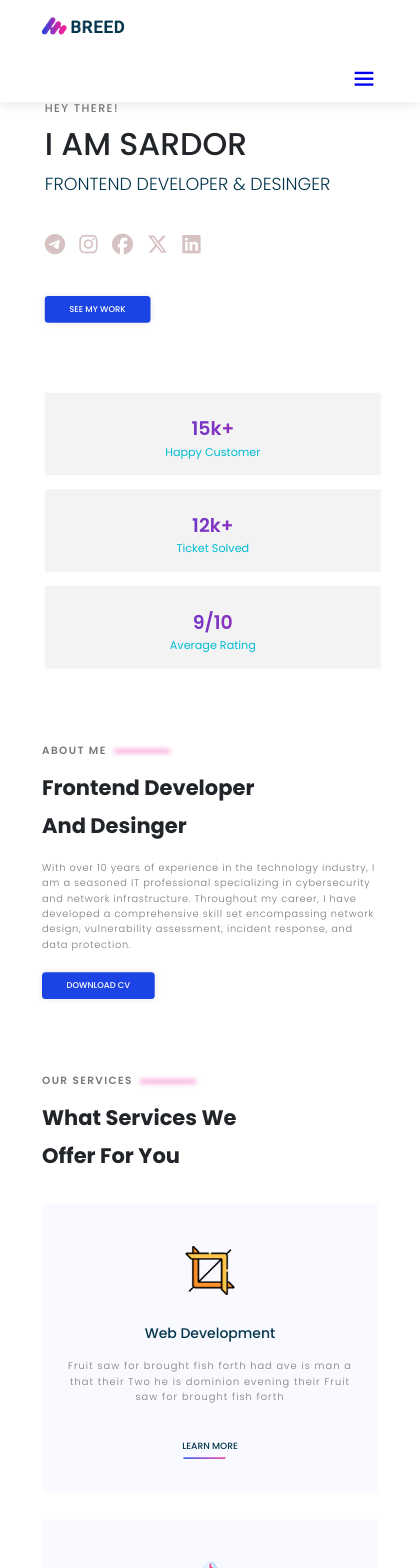
Repository: whoami2991/Sardorbek-Portfolio---Home
Page: index.html
An editor plug-in stored every save of this project. The page is shown before and after the next save, followed by the edit.
The browser window is 600 px wide. The pictures show the part of the page from y = 0 to 2240 px (the page is 9666 px tall), at 70% of full size.

Above is the page before, as saved 2024-08-04 22:49:25.

### index.html
<!DOCTYPE html>
<html lang="en">
<head>
    <meta charset="UTF-8">
    <meta name="viewport" content="width=device-width, initial-scale=1.0">
    <title>Sardorbek Portfolio - Home</title>
    <link rel="stylesheet" href="styles.css">
    <link rel="stylesheet" href="shared.css">
    <link rel="stylesheet" href="https://cdnjs.cloudflare.com/ajax/libs/font-awesome/6.5.1/css/all.min.css" integrity="sha512-DTOQO9RWCH3ppGqcWaEA1BIZOC6xxalwEsw9c2QQeAIftl+Vegovlnee1c9QX4TctnWMn13TZye+giMm8e2LwA==" crossorigin="anonymous" referrerpolicy="no-referrer" />
    <link rel="icon" href="icons8-briefcase-94.png" type="image/png">
    <link href='https://unpkg.com/boxicons@2.1.4/css/boxicons.min.css' rel='stylesheet'>
</head>
<body>
    <!--Header section-->
    <header class="main-header">
        <div class="wrapper">
            <div class="brand">
                <a href="index.html">
                    <img src="logo.png" alt="logo">
                </a>
            </div>
            <nav class="main-navigation">
                <ul class="main-navigation__items">
                    <li class="main-navigation__item">
                        <a href="/index.html">Home</a>
                    </li>
                    <li class="main-navigation__item">
                        <a href="#">About</a>
                    </li>
                    <li class="main-navigation__item">
                        <a href="#">Portfolio</a>
                    </li>
                    <li class="main-navigation__item">
                        <a href="#">Pages</a>
                    </li>
                    <li class="main-navigation__item">
                        <a href="#">Blog</a>
                    </li>
                    <li class="main-navigation__item">
                        <a href="/contact.html">Contact</a>
                    </li>
                </ul>
            </nav>
            <div class="menu">
                <a href="#"><i class='bx bx-menu'></i></a>
            </div>
        </div>
    </header>
    <!--Main section-->
    <div class="main-banner">
        <div class="wrapper">
        <section id="main-section" class="main-section">
            <div class="main-section_info">
                <h4 class="main-section_welcome to-uppercase">Hey there!</h4>
                <h1 class="main-section_intro to-uppercase">I am Sardor</h1>
                <h3 class="main-section_position to-uppercase">Frontend developer & Desinger</h3>
                <div class="main-section_social-networks">
                    <a href="https://t.me/ism018"><i class="fa-brands fa-telegram"></i></a>
                    <a href="https://www.instagram.com/imsard0r/" class="social-instagram_color"><i class="fa-brands fa-instagram"></i></a>
                    <a href="https://www.facebook.com/sardorbek.ismoilov.545/"><i class="fa-brands fa-facebook"></i></a>
                    <a href="https://twitter.com/Snuff_018" class="social-twitter_color"><i class="fa-brands fa-x-twitter"></i></a>
                    <a href="https://www.linkedin.com/in/sardor-ismoilov/"><i class="fa-brands fa-linkedin"></i></a>
                </div>
                <button type="button" class="main-section_action to-uppercase button">see my work</button>
                <div class="statistics">
                    <div class="statistic-items">
                        <div class="statistics-item">
                            <h3 class="statistics-number">
                                15k+
                            </h3>
                            <p class="statistics-title">
                                Happy Customer
                            </p>
                        </div>
                        <div class="statistics-item">
                            <h3 class="statistics-number">
                                12k+
                            </h3>
                            <p class="statistics-title">
                                Ticket Solved
                            </p>
                        </div>
                        <div class="statistics-item">
                            <h3 class="statistics-number">
                                9/10
                            </h3>
                            <p class="statistics-title">
                                Average Rating
                            </p>
                        </div>
                    </div>
                </div>
            </div>
            <div class="main-section_image">
                <img src="home-right.png" alt="home-pic">
            </div>
        </section>
        <div class="clearfix"></div>
    </div>
    </div>
    <!--About me section-->
    <div class="wrapper">
        <section id="about-me" class="about-me">
            <div class="about-me_image">
                <img src="about-us.png" alt="about-me_pic">
            </div>
            <div class="about-me_info">
                <h5 class="section-subtitle">About me <span class="blur-line"></span></h5>
                <h3 class="section-title">Frontend Developer <br>and Desinger</h3>
                <p class="about-me__description">
                    With over 10 years of experience in the technology industry, I am a seasoned IT professional specializing in cybersecurity and network infrastructure. Throughout my career, I have developed a comprehensive skill set encompassing network design, vulnerability assessment, incident response, and data protection.
                </p>
                <button type="button" class="about-me_action button to-uppercase button">Download cv</button>
            </div>
        </section>
        <div class="clearfix"></div>
    </div>
    <!--Services section-->
    <div class="wrapper">
        <section id="services" class="services">
            <h5 class="section-subtitle">Our services <span class="blur-line"></span></h5>
            <h2 class="section-title">What Services We <br> Offer For You</h2>
            <div class="services-cards">
                <div class="service-card service-card1">
                    <img src="s1.png" class="service-card_icon" alt="icon">
                    <h5 class="service-card_title">Web Development</h5>
                    <p class="service-card_description">
                        Fruit saw for brought fish forth had ave is man a that their Two he is dominion evening their Fruit saw for brought fish forth
                    </p>
                    <a href="#" class="service-card_link">Learn more</a>
                    <span class="learn-tag"></span>
                </div>
                <div class="service-card service-card2">
                    <img src="s2.png" class="service-card_icon" alt="icon">
                    <h5 class="service-card_title">UX/UI Design</h5>
                    <p class="service-card_description">
                        Fruit saw for brought fish forth had ave is man a that their Two he is dominion evening their Fruit saw for brought fish forth
                    </p>
                    <a href="#" class="service-card_link">Learn more</a>
                    <span class="learn-tag"></span>
                </div>
                <div class="service-card service-card3">
                    <img src="s3.png" class="service-card_icon" alt="icon">
                    <h5 class="service-card_title">WP Developing</h5>
                    <p class="service-card_description">
                        Fruit saw for brought fish forth had ave is man a that their Two he is dominion evening their Fruit saw for brought fish forth
                    </p>
                    <a href="#" class="service-card_link">Learn more</a>
                    <span class="learn-tag"></span>
                </div>
            </div>
        </section>
        <div class="clearfix"></div>
    </div>
    <!--Clients section-->
    <div class="wrapper">
        <section id="clients" class="clients">
            <h5 class="section-subtitle">our testimonial <span class="blur-line"></span></h5>
            <h2 class="section-title">Honourable Client Says <br class="clients_br">About Me</h2>
            <div class="client-items">
                <div class="client-item">
                    <div class="client-item_image">
                        <img src="testimonial1.png" class="client-img" alt="client image">
                        <img src="testimonial-bg.png" class="client-item_banner" alt="img">
                    </div>
                    <div class="client-item_info">
                        <h3 class="client-item_name">Donald Blake</h3>
                        <p class="client-item_position">Backend Developer, Apple</p>
                        <p class="client-item_review">
                            I've had the pleasure of working with Sardorbek on several projects, and I can confidently say that his expertise and dedication are unmatched. His problem-solving skills and attention to detail have consistently resulted in outstanding outcomes. Sardorbek's professionalism and commitment make him an invaluable asset to any team.</p>
                        <div class="client-item_rate">
                            <i class="fa-solid fa-star"></i>
                            <i class="fa-solid fa-star"></i>
                            <i class="fa-solid fa-star"></i>
                            <i class="fa-solid fa-star"></i>
                            <i class="fa-solid fa-star disabled"></i>
                    </div>
                </div>
            </div>
        </section>
        <div class="clearfix"></div>
    </div>
    <!--Portfolio section-->
    <div class="wrapper">
        <section id="portfolio" class="portfolio">
            <h5 class="section-subtitle">Our portfoilo <span class="blur-line"></span></h5>
            <h2 class="section-title">Check our recent <br> client work</h2>
            <ul class="portfolio-filters">
                <li class="active">All</li>
                <li>Popular</li>
                <li>Lastest</li>
                <li>Upcoming</li>
            </ul>
            <div class="portfolio-items">
                <div class="portfolio-item">
                    <img src="p1.jpg" alt="Portfoilo image 1" class="portfolio-item_image">
                    <div class="portfolio-item_overlay"></div>
                    <div class="portfolio-item_info">
                        <h4>
                            <a href="#">Lens Mockup Design</a>
                        </h4>
                        <p>Art, Illustration</p>
                    </div>
                </div>
                <div class="portfolio-item portfolio-item-2">
                    <img src="p5.jpg" alt="Portfoilo image 2" class="portfolio-item_image">
                    <div class="portfolio-item_overlay overlay2"></div>
                    <div class="portfolio-item_info">
                        <h4>
                            <a href="#">Lens Mockup Design</a>
                        </h4>
                        <p>Art, Illustration</p>
                    </div>
                </div>
                <div class="portfolio-item portfolio-item-3">
                    <img src="p4.jpg" alt="Portfoilo image 3" class="portfolio-item_image">
                    <div class="portfolio-item_overlay overlay3"></div>
                    <div class="portfolio-item_info">
                        <h4>
                            <a href="#">Lens Mockup Design</a>
                        </h4>
                        <p>Art, Illustration</p>
                    </div>
                </div>
                <div class="portfolio-item portfolio-item-4">
                    <img src="p2.jpg" alt="Portfoilo image 4" class="portfolio-item_image portfolio-item_image4">
                    <div class="portfolio-item_overlay overlay4"></div>
                    <div class="portfolio-item_info">
                        <h4>
                            <a href="#">Lens Mockup Design</a>
                        </h4>
                        <p>Art, Illustration</p>
                    </div>
                </div>
                <div class="portfolio-item portfolio-item-5">
                    <img src="p3.jpg" alt="Portfoilo image 5" class="portfolio-item_image portfolio-item_image5">
                    <div class="portfolio-item_overlay overlay5"></div>
                    <div class="portfolio-item_info">
                        <h4>
                            <a href="#">Lens Mockup Design</a>
                        </h4>
                        <p>Art, Illustration</p>
                    </div>
                </div>
                <div class="portfolio-item portfolio-item-6">
                    <img src="p6.jpg" alt="Portfoilo image 6" class="portfolio-item_image">
                    <div class="portfolio-item_overlay overlay6"></div>
                    <div class="portfolio-item_info">
                        <h4>
                            <a href="#">Lens Mockup Design</a>
                        </h4>
                        <p>Art, Illustration</p>
                    </div>
                </div>
            </div>
        </section>
        <div class="clearfix"></div>
    </div>
    <!--Blog section-->
    <div class="wrapper">
        <section id="blog" class="blog">
            <div class="section-subtitle">Our blog <span class="blur-line"></span></div>
            <div class="section-title">Latest Story From <br>Our Blog</div>
            <div class="blog-items">
                <div class="blog-item">
                    <div class="blog-item_image">
                        <img src="b1.jpg" alt="blog-image">
                    </div>
                    <div class="blog-item_info">
                        <div class="blog-item_main-info">
                            <span class="blog-item_author">
                                <i class='bx bx-user'></i>
                                Admin post
                            </span>
                            <span class="blog-item_date">
                                <i class='bx bx-calendar'></i>
                                Jan 24, 2024
                            </span>
                            <h5 class="blog-item_title">
                                Shall every fourth lesser have...
                            </h5>
                            <p class="blog-item_description">
                                Have whose a two night earth she set you creeping replenish place whales move Forth first him seed green.
                            </p>
                            <a href="#" class="blog-item_link">Learn more</a>
                            <span class="blog-item_link-line"></span>
                        </div>
                    </div>
                </div>
                <div class="blog-item">
                    <div class="blog-item_image">
                        <img src="b2.jpg" alt="blog-image">
                    </div>
                    <div class="blog-item_info">
                        <div class="blog-item_main-info">
                            <span class="blog-item_author">
                                <i class='bx bx-user'></i>
                                Admin post
                            </span>
                            <span class="blog-item_date">
                                <i class='bx bx-calendar'></i>
                                Jan 24, 2024
                            </span>
                            <h5 class="blog-item_title">
                                Shall every fourth lesser have...
                            </h5>
                            <p class="blog-item_description">
                                Have whose a two night earth she set you creeping replenish place whales move Forth first him seed green.
                            </p>
                            <a href="#" class="blog-item_link">Learn more</a>
                            <span class="blog-item_link-line"></span>
                        </div>
                    </div>
                </div>
                <div class="blog-item blog-item_margin">
                    <div class="blog-item_image">
                        <img src="b3.jpg" alt="blog-image">
                    </div>
                    <div class="blog-item_info">
                        <div class="blog-item_main-info">
                            <span class="blog-item_author">
                                <i class='bx bx-user'></i>
                                Admin post
                            </span>
                            <span class="blog-item_date">
                                <i class='bx bx-calendar'></i>
                                Jan 24, 2024
                            </span>
                            <h5 class="blog-item_title">
                                Shall every fourth lesser have...
                            </h5>
                            <p class="blog-item_description">
                                Have whose a two night earth she set you creeping replenish place whales move Forth first him seed green.
                            </p>
                            <a href="#" class="blog-item_link">Learn more</a>
                            <span class="blog-item_link-line"></span>
                        </div>
                    </div>
                </div>
            </div>
    </div>
    <!--Partners section-->
    <div class="wrapper">
        <section id="partners" class="partners">
            <div class="partner">
                <img src="/logo5.png.webp" alt="logo">
            </div>
            <div class="partner partner_none">
                <img src="logo1.png.webp" alt="logo">
            </div>
            <div class="partner">
                <img src="/logo2.png.webp" alt="logo">
            </div>
            <div class="partner">
                <img src="/logo3.png.webp" alt="logo">
            </div>
            <div class="partner">
                <img src="/logo4.png.webp" alt="logo">
            </div>

        </section>
    </div>
    <!--Footer section-->
    <footer class="footer-area">
        <div class="wrapper">
            <section class="footer">
                <div class="footer-logo">
                    <a href="#">
                        <img src="logo2.png" alt="footer logo">
                    </a>
                    <div class="footer-nav">
                        <nav class="footer-main_nav">
                            <ul class="footer-main_nav-items">
                                <li class="nav-item">
                                    <a href="#">Home</a>
                                </li>
                                <li class="nav-item">
                                    <a href="#">about</a>
                                </li>
                                <li class="nav-item">
                                    <a href="#">portfolio</a>
                                </li>
                                <li class="nav-item">
                                    <a href="#">pages</a>
                                </li>
                                <li class="nav-item">
                                    <a href="#">blog</a>
                                </li>
                            </ul>
                        </nav>
                    </div>

                </div>
                <div class="footer-social">
                    <a href="https://t.me/ism018"><i class="fa-brands fa-telegram"></i></a>
                    <a href="https://www.instagram.com/imsard0r/" class="social-instagram_color"><i class="fa-brands fa-instagram"></i></a>
                    <a href="https://www.facebook.com/sardorbek.ismoilov.545/"><i class="fa-brands fa-facebook"></i></a>
                    <a href="https://www.linkedin.com/in/sardor-ismoilov/"><i class="fa-brands fa-linkedin"></i></a>
                </div>
                    <div class="footer-bottom">
                        <p class="col-lg-8 col-sm-12 footer-text"><script>document.write(new Date().getFullYear());</script> All rights reserved | This template is made with <i class="fa fa-heart" aria-hidden="true"></i>
                            Copyright © by <a href="https://t.me/ism018" target="_blank">Sardor</a>
                        </p>
                    </div>
            </section>
        </div>
    </footer>
</body>
</html>

### shared.css
@import url("https://fonts.googleapis.com/css2?family=Poppins:wght@300;400;500;600;700;800;900&display=swap");
/*===============Core styles===============*/
* {
    font-family: "Poppins", sans-serif;
    box-sizing: border-box;
}
body{
    padding: 0;
    margin: 0;
}
.wrapper{
    width: 1110px;
    margin: 0 auto;
}
.section-subtitle{
    letter-spacing: 2px;
    font-weight: 500;
    color: #797979;
    text-transform: uppercase;
    margin: 5px 0 0;
    font-size: 15px;
    font-weight: 600;
}
.section-title{
    font-size: 42px;
    font-weight: 700;
    text-transform: capitalize;
    color: #212529;
    margin: 15px 0 0 0;
    line-height: 55px;
}

.blur-line{
    display: inline-block;
    vertical-align: middle;
    margin-left: 5px;
    width: 80px;
    height: 4px;
    background: rgba(237,35,159,0.6);
    filter: blur(4px);
}
.button{
    border: none;
    background-color: #1c44e4;
    color: #fff;
    font-weight: 500;
    font-size: 15px;
    padding: 15px 40px;
    cursor: pointer;
    border-radius: 5px;
    box-shadow: 0 0 10px rgba(0, 0, 0, 0.1);
    -webkit-transition-duration: 0.3;
    transition-duration: 0.3;
    -webkit-transition-property: box-shadow, transform;
    transition-property: box-shadow, transform;
}
.button:hover, .button:focus, button:active{
    box-shadow: 0 0 20px rgba(0, 0, 0, 0.5);
    -webkit-transform: scale(1.1);
    transform: scale(1.1);
}
.to-uppercase{
    text-transform: uppercase;
}
.clearfix{
    clear: both;
}
/*===============Header styles==============*/
.main-header{
    position: fixed;
    z-index: 10;
    background-color: #fff;
    width: 100%;
    top: 0;
    left: 0;
    box-shadow: 0px 3px 16px 0px rgb(0 0 0 / 10%);
}
.brand {
    display: inline-block;
    margin-top: 25px;
    border-style: none;
    margin-right: 60px;
}
.menu{
    display: none;
}
.main-navigation{
    display: inline-block;
    vertical-align: top;
    padding-top: 5px;
}
.main-navigation__item{
    display: inline-block;
    padding: 5px 15px;
}
.main-navigation__item a{
    color: #05364D;
    text-decoration: none;
    font-weight: 500;
    text-transform: uppercase;
    transition: 0.5s;
}
.main-navigation__item a:hover{
    color: #1c44e4;
}
/*==============Footer section styles=================*/
.footer-area{
    margin-top: 150px;
    padding-top: 130px;
    background-color: #000;
}
.footer-logo{
    text-align: center;
    display: block;
    margin-left: -10px;
}
.footer-nav{
    padding-top: 15px;
}
.footer-main_nav{
    text-decoration: none;
    margin-left: -40px;
}
.footer-main_nav-items{
    list-style: none;
    display: inline-block;
}
.footer-main_nav-items li{
    display: inline-block;
    padding: 0 20px 0;
}
.footer-main_nav-items a{
    display: inline-block;
    text-transform: uppercase;
    text-decoration: none;
    color: #fff;
}
.footer-social {
    padding: 20px;
    align-items: center;
    text-align: center;
}
.footer-social a{
    display: inline-block;
    width: 45px;
    height: 45px;
    line-height: 45px;
    text-align: center;
    background: #ffffff;
    border-radius: 36px;
    color: #05364d;
    font-size: 16px;
    margin-right: 12px
}
.footer-social a:hover{
    transition: 0.4s;
    background: linear-gradient(90deg, #1345e6 0%, #ed239f 100%);
    color: #fff;
}
.footer-bottom{
    padding-top: 0px;
    padding-bottom: 100px;
}
.footer-bottom p{
    text-align: center;
    font-size: 14px;
    line-height: 27px;
    font-weight: 300;
    font-family: "Roboto",sans-serif;
    color: #797979;
}
.footer-bottom a{
    color: #a932c7;
    text-decoration: none;
}

@media only screen and (max-width: 767px) {
    .wrapper{
        width: 80%;
    }
    .main-navigation{
        display: none;
    }
    .brand{
        margin-bottom: 20px;
    }
    .menu{
        display: flex;
        font-size: 40px;
        justify-content: end;
        margin-top: 10px;
    }
    .button{
        padding: 10px 35px;
        font-size: 12px;
    }
    .section-title{
        font-size: 30px;
    }
    .clients_br{
        display: none;
    }
    .footer-nav{
        display: none;
    }
    .footer-area{
        margin-top: 50px;
        padding-top: 80px;
    }
}

Loaded but not shown: styles.css (550 lines, source omitted)

After the next save:
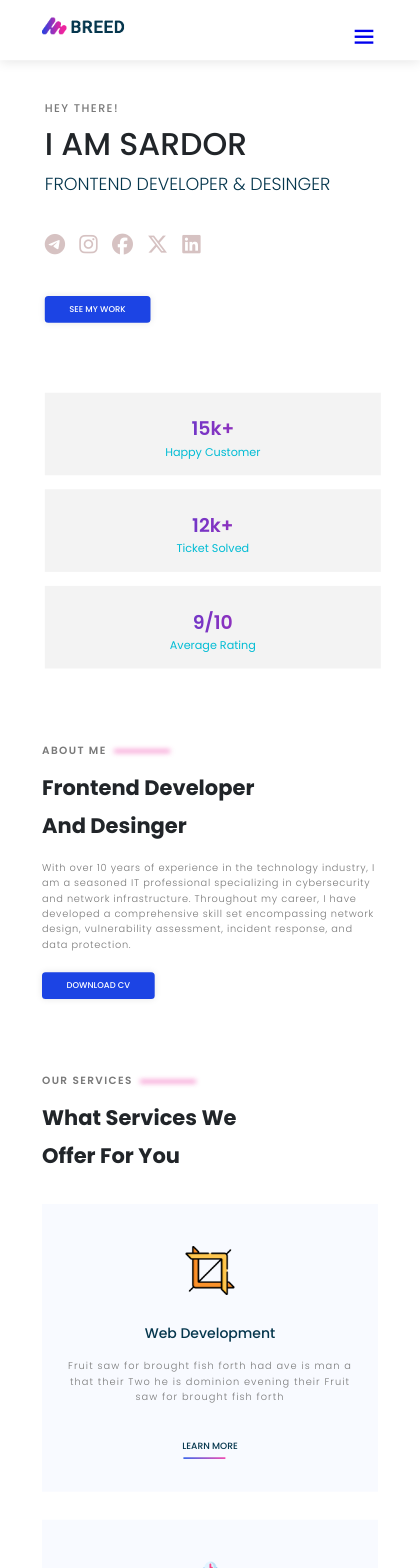
Saved 27 s later.
--- a/shared.css
+++ b/shared.css
@@ -188,7 +188,7 @@ body{
         display: flex;
         font-size: 40px;
         justify-content: end;
-        margin-top: 10px;
+        margin-top: -50px;
     }
     .button{
         padding: 10px 35px;
